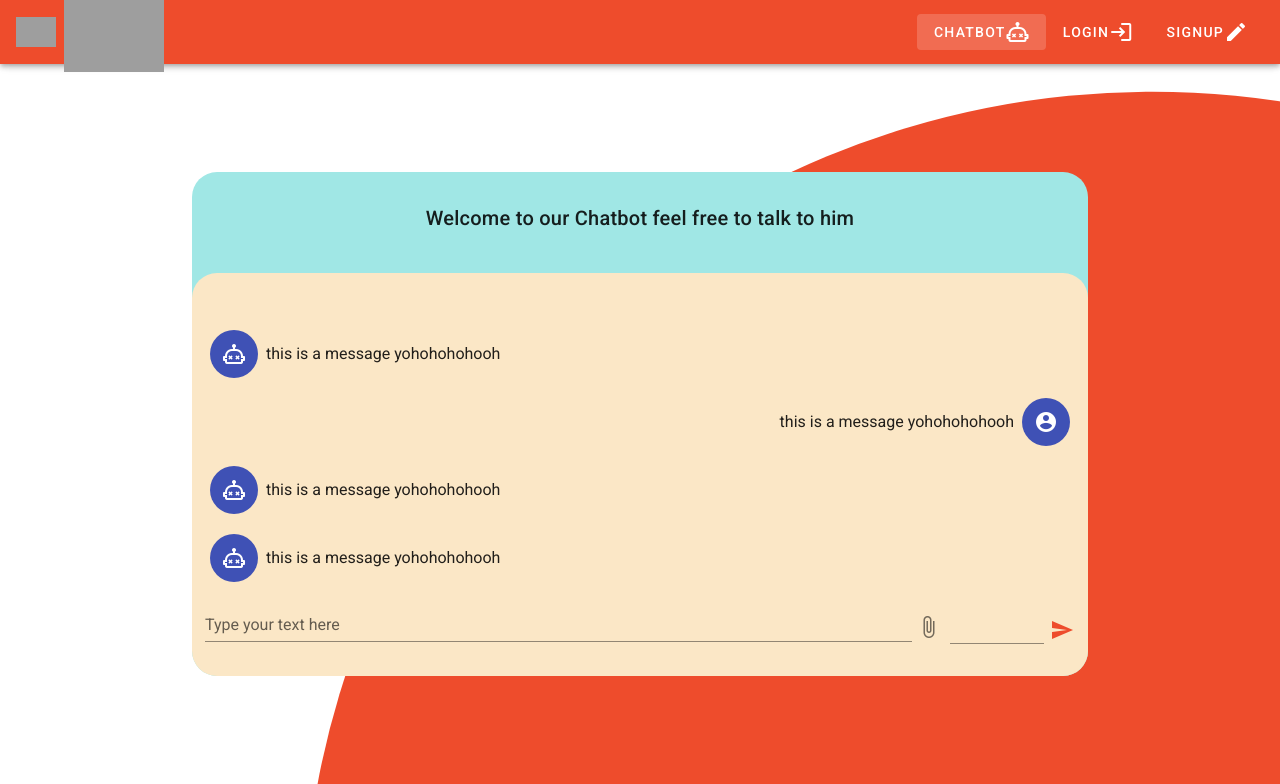
Repository: atout811/pyTorch-Hackathon
Page: /chatbot (app in frontend/)
An editor plug-in stored every save of this project. The page is shown before and after the next save, followed by the edit.
The browser window is 1280 px wide. The pictures show the whole page.
Pictures or frames that could not be fetched are drawn as grey boxes. The project was rebuilt for these pictures with package versions that can differ from the ones it lists, and the page was loaded fresh each time. Also part of the build but not shown: frontend/vue.config.js, frontend/src/views/Home.vue.

Above is the page before, as saved 2021-10-21 15:35:35.

### frontend/src/main.js
import Vue from 'vue'
import App from './App.vue'
import './registerServiceWorker'
import router from './router'
import store from './store'
import vuetify from './plugins/vuetify'
import instance from './plugins/axios'

Vue.config.productionTip = false
Vue.prototype.$axios = instance;

new Vue({
  router,
  store,
  vuetify,
  render: function (h) { return h(App) }
}).$mount('#app')

### frontend/src/App.vue
<template>
  <v-app>
    <v-app-bar app color="primary" dark>
      <div class="d-flex align-center">
        <v-img
          alt="Vuetify Logo"
          class="shrink mr-2"
          contain
          src="https://cdn.vuetifyjs.com/images/logos/vuetify-logo-dark.png"
          transition="scale-transition"
          width="40"
        />

        <v-img
          alt="Vuetify Name"
          class="shrink mt-1 hidden-sm-and-down"
          contain
          min-width="100"
          src="https://cdn.vuetifyjs.com/images/logos/vuetify-name-dark.png"
          width="100"
        />
      </div>

      <v-spacer></v-spacer>
      <v-btn to="/chatbot" text>
        <v-text>Chatbot</v-text>
        <v-icon>mdi-robot-dead-outline</v-icon>
      </v-btn>
      <v-btn to="/login" text>
        <v-text>Login</v-text>
        <v-icon>mdi-login</v-icon>
      </v-btn>
      <v-btn to="/signup" text>
        <v-text>Signup</v-text>
        <v-icon>mdi-pencil</v-icon>
      </v-btn>
    </v-app-bar>

    <v-main class="bubble">
      <router-view />
    </v-main>
  </v-app>
</template>

<script>
export default {
  name: "App",

  data: () => ({
    //
  }),
};
</script>
<style>
.bubble::before {
  background-color: var(--v-primary-base);
  clip-path: circle(80% at 90% 120%);
  width: 100%;
  height: 100%;
  content: "";
  position: absolute;
  box-sizing: none;
  top: 0;
  left: 0;
}
</style>

### frontend/src/router/index.js
import Vue from "vue";
import VueRouter from "vue-router";
import Home from "../views/Home.vue";

Vue.use(VueRouter);

const routes = [
  {
    path: "/",
    name: "Home",
    component: Home,
  },
  {
    path: "/about",
    name: "About",
    // route level code-splitting
    // this generates a separate chunk (about.[hash].js) for this route
    // which is lazy-loaded when the route is visited.
    component: function() {
      return import(/* webpackChunkName: "about" */ "../views/About.vue");
    },
  },
  {
    path: "/login",
    name: "Login",
    // route level code-splitting
    // this generates a separate chunk (Login.[hash].js) for this route
    // which is lazy-loaded when the route is visited.
    component: function() {
      return import(/* webpackChunkName: "Login" */ "../views/Login.vue");
    },
  },
  {
    path: "/signup",
    name: "Signup",
    // route level code-splitting
    // this generates a separate chunk (Signup.[hash].js) for this route
    // which is lazy-loaded when the route is visited.
    component: function() {
      return import(/* webpackChunkName: "Signup" */ "../views/Signup.vue");
    },
  },
  {
    path: "/chatbot",
    name: "chatbot",
    // route level code-splitting
    // this generates a separate chunk (Signup.[hash].js) for this route
    // which is lazy-loaded when the route is visited.
    component: function() {
      return import(/* webpackChunkName: "Signup" */ "../views/Chatbot.vue");
    },
  },
];

const router = new VueRouter({
  mode: "history",
  base: process.env.BASE_URL,
  routes,
});

export default router;

### frontend/src/plugins/vuetify.js
import Vue from 'vue';
import Vuetify from 'vuetify/lib/framework';

Vue.use(Vuetify);

export default new Vuetify({
    theme: {
        themes: {
            light: {
                primary: "#ee4c2c"
            }
        }, options: {
            customProperties: true
        },
    }
});

### frontend/src/plugins/axios.js
import axios from "axios";

const instance = axios.create({
    headers: {
        "Content-Type": "application/json"
    }
})

export default instance;

### frontend/src/views/Chatbot.vue
<template>
  <div class="baba">
    <div class="container">
      <h1 class="title">Welcome to our Chatbot feel free to talk to him</h1>
      <div class="chat-container">
        <div v-for="(message, i) in chat" :key="i" class="messages">
          <div :class="message.from == 'bot' ? 'bot' : 'user'">
            <v-avatar class="avatar" color="indigo">
              <v-icon dark>
                {{
                  message.from == "bot"
                    ? "mdi-robot-dead-outline"
                    : "mdi-account-circle"
                }}
              </v-icon>
            </v-avatar>
            <div class="messg">this is a message yohohohohooh</div>
          </div>
        </div>
        <div class="input-group">
          <v-text-field
            class="text-input"
            label="Type your text here"
          ></v-text-field>
          <v-file-input accept="image/*"></v-file-input>
          <v-btn icon color="var(--v-primary-base)">
            <v-icon>mdi-send</v-icon>
          </v-btn>
        </div>
      </div>
    </div>
  </div>
</template>

<script>
export default {
  name: "chatbot",
  data() {
    return {
      chat: [
        { from: "bot", message: "hey how can i help u ?" },
        { from: "user", message: "nohting" },
        { from: "bot", message: "okay, bye " },
        { from: "bot", message: "btw feel fear on human" },
      ],
    };
  },
};
</script>

<style>
.baba {
  height: 100vh;
  width: 100vw;
  display: flex;
}
.container {
  height: 70vh;
  width: 70vw;
  padding: 0;
  align-self: center;
  background-color: #a0e7e5;
  border-radius: 25px;
  display: flex;
  flex-direction: column;
  justify-content: space-between;
  align-items: center;
}
.title {
  margin: 10px;
  margin-top: 30px;
}
.chat-container {
  height: 80%;
  width: 100%;
  background-color: #fbe7c6;
  border-radius: 25px;
  display: flex;
  flex-direction: column;
  justify-content: flex-end;
  padding: 8px;
}
.text-input {
  width: 70%;
  margin: 5px;
}
.input-group {
  display: flex;
  align-items: center;
}
.bot {
  display: flex;
  align-items: center;
  margin: 10px;
}
.user {
  display: flex;
  align-items: center;
  flex-direction: row-reverse;
  margin: 10px;
}
.messg {
  margin: 8px;
}
</style>

Loaded but not shown: frontend/public/index.html (common file); frontend/src/registerServiceWorker.js (common file); frontend/src/store/index.js (common file)

After the next save:
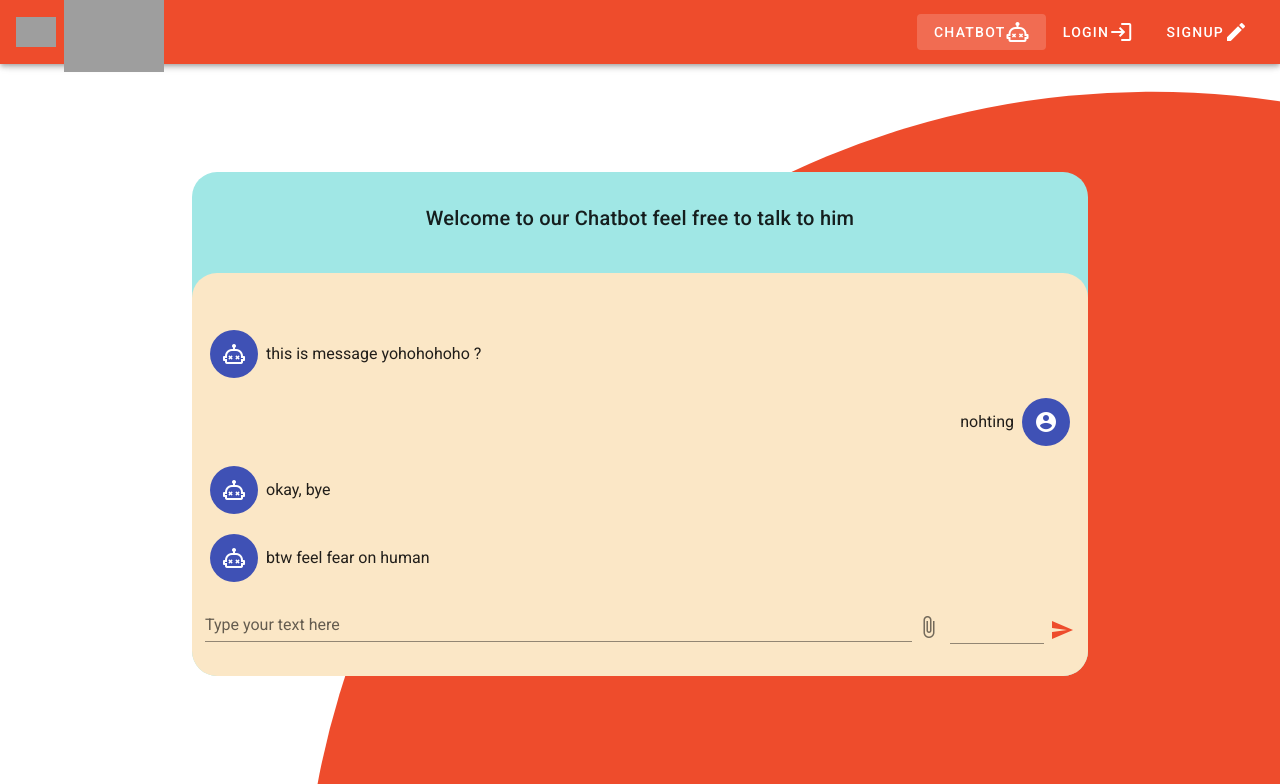
Saved 20 min 12 s later.
--- a/frontend/src/views/Chatbot.vue
+++ b/frontend/src/views/Chatbot.vue
@@ -14,7 +14,7 @@
                 }}
               </v-icon>
             </v-avatar>
-            <div class="messg">this is a message yohohohohooh</div>
+            <div class="messg">{{ message.message }}</div>
           </div>
         </div>
         <div class="input-group">
@@ -38,12 +38,15 @@ export default {
   data() {
     return {
       chat: [
-        { from: "bot", message: "hey how can i help u ?" },
+        { from: "bot", message: "this is message yohohohoho ?" },
         { from: "user", message: "nohting" },
         { from: "bot", message: "okay, bye " },
         { from: "bot", message: "btw feel fear on human" },
       ],
     };
+  },
+  methods: {
+    sendMessage: () => {},
   },
 };
 </script>
